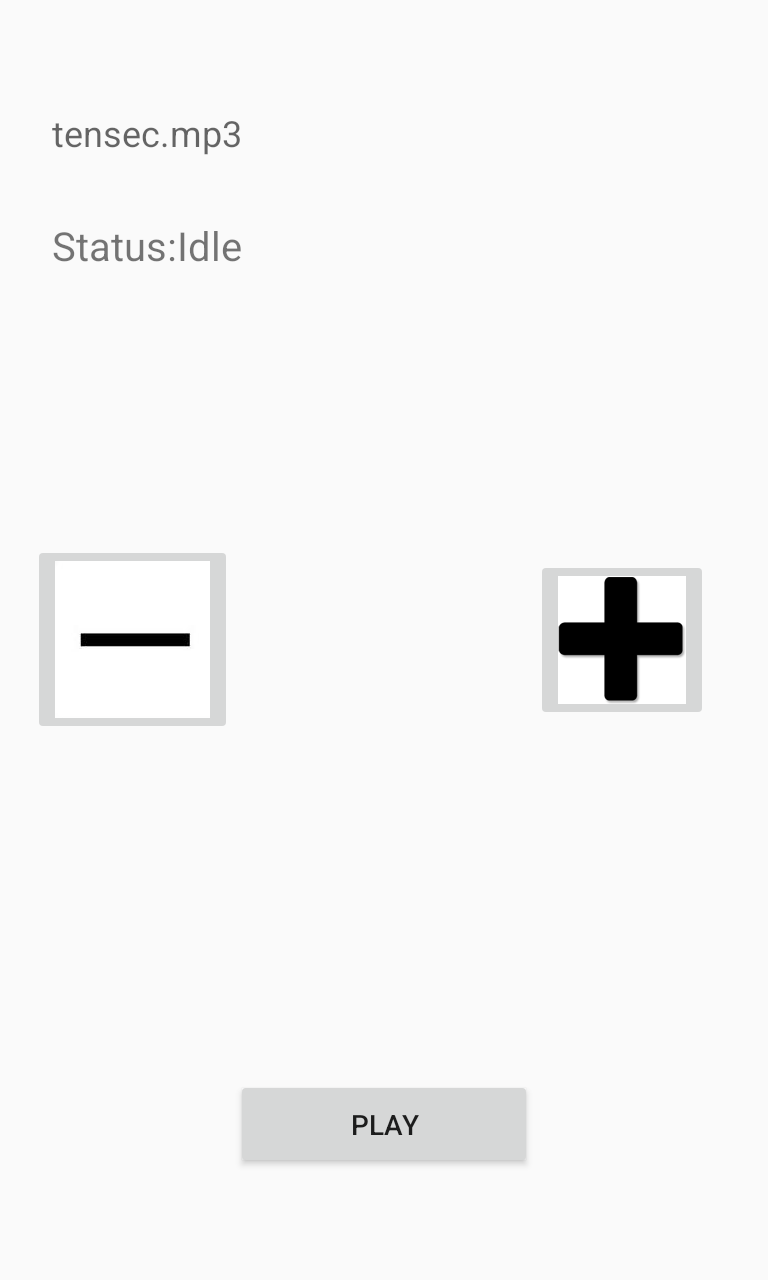
Repository: AlvaroCortez/Assigment2
Layout: AudioPlayer/res/layout/media_player_layout.xml
An editor plug-in stored every save of this project. The layout is shown before and after the next save, followed by the edit.
It is drawn on a 768 x 1280 px phone screen (xhdpi) without system bars, with theme AppTheme; the app's code is not run.

Above is the layout before, as saved 2014-06-04 17:44:21.

After the next save:
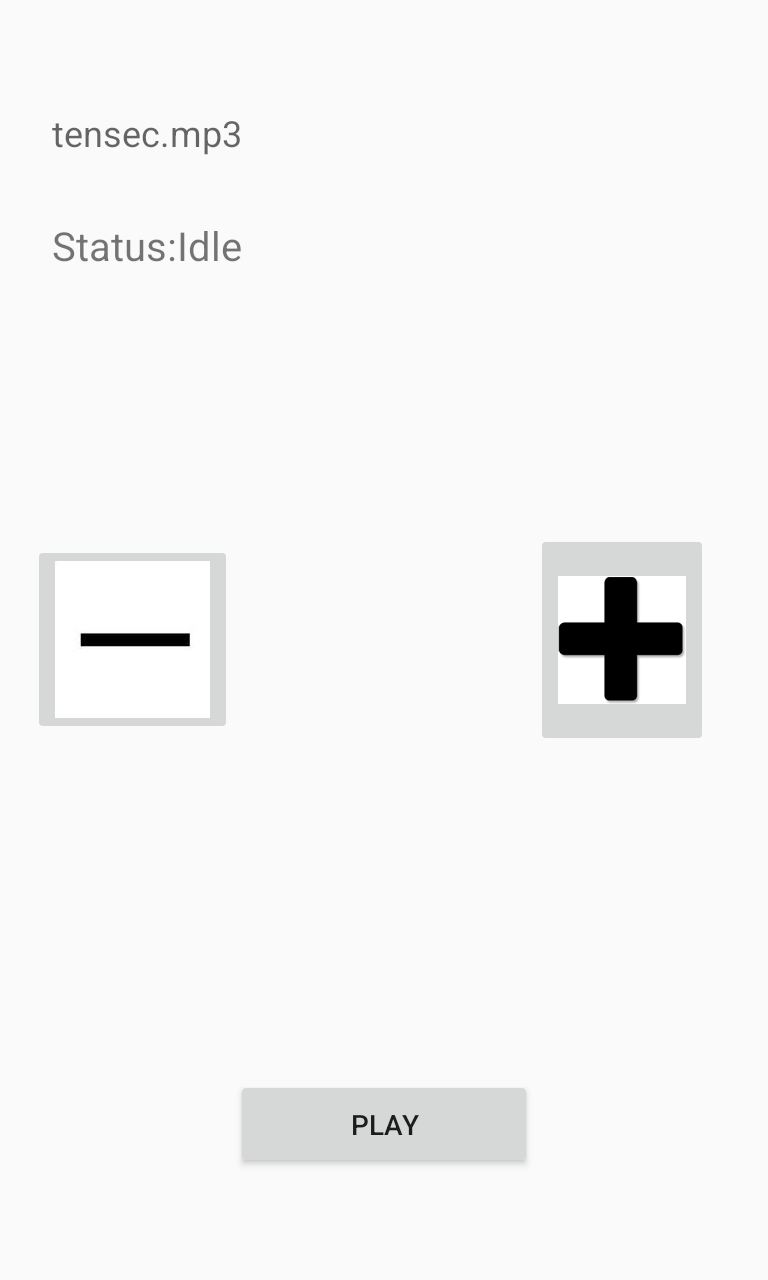
Saved 115 s later.
--- a/AudioPlayer/res/layout/media_player_layout.xml
+++ b/AudioPlayer/res/layout/media_player_layout.xml
@@ -38,7 +38,7 @@
     <ImageButton
         android:id="@+id/imageButton_volume_plus"
         android:layout_width="wrap_content"
-        android:layout_height="wrap_content"
+        android:layout_height="110dp"
         android:layout_centerVertical="true"
         android:layout_toRightOf="@+id/audio_button"
         android:src="@drawable/plus" />
